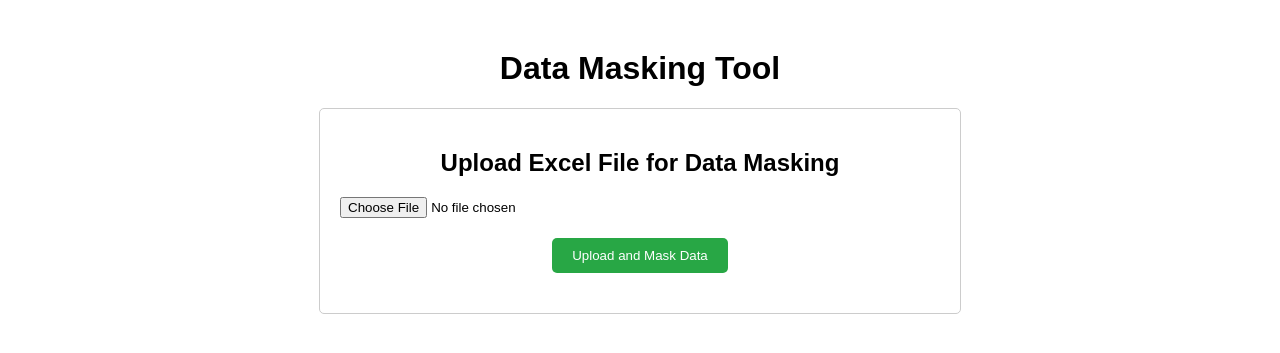
Repository: prithika12/DataMasking_Tool
Page: index.html
These files come from the project's save history. The page is drawn as it stood at one moment and after the next save; the edit follows.
The browser window is 1280 px wide. The pictures show the whole page.

Above is the page before, as saved 2024-07-09 11:25:17.

### index.html
<!DOCTYPE html>
<html>
<head>
    <h1>Data Masking Tool</h1>
    <style>
        body {
            font-family: Arial, sans-serif;
            margin: 50px;
        }
        .container {
            max-width: 600px;
            margin: 0 auto;
            padding: 20px;
            border: 1px solid #ccc;
            border-radius: 5px;
        }
        h2 {
            text-align: center;
        }
        h1 {
            text-align: center;
        }
        input[type="file"] {
            display: block;

        }
        button {
            display: block;
            margin: 20px auto;
            padding: 10px 20px;
            background-color: #28a745;
            color: white;
            border: none;
            border-radius: 5px;
            cursor: pointer;
        }
        button:hover {
            background-color: #218838;
        }
    </style>
</head>
<body>
    <div class="container">
        <h2>Upload Excel File for Data Masking</h2>
        <form action="/uploader" method="post" enctype="multipart/form-data">
            <input type="file" name="file" accept=".xlsx">
            <button type="submit">Upload and Mask Data</button>
        </form>
    </div>
</body>
</html>

After the next save:
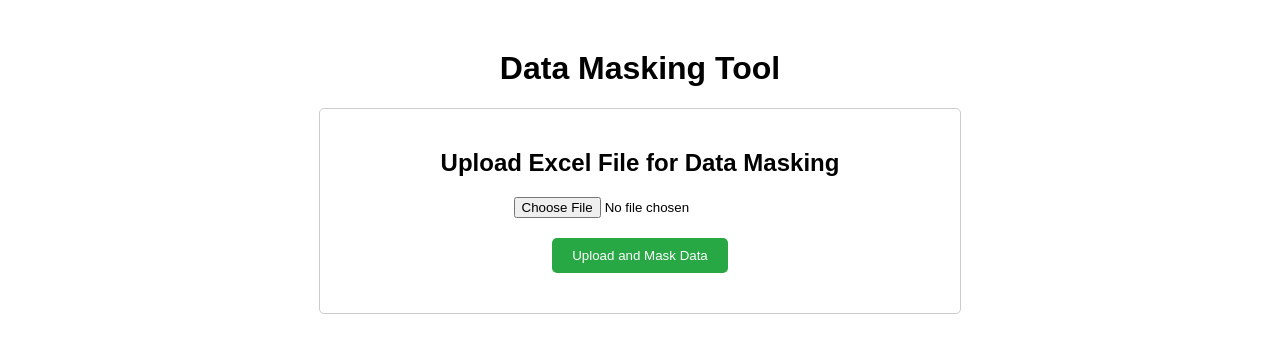
Saved 24 s later.
--- a/index.html
+++ b/index.html
@@ -22,7 +22,7 @@
         }
         input[type="file"] {
             display: block;
-
+            margin: 20px auto;
         }
         button {
             display: block;
